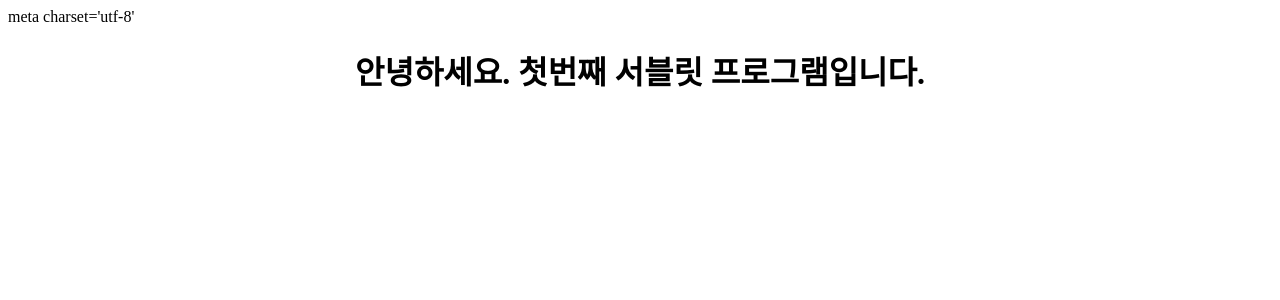
Repository: kdh4357065/3_highjava
Page: http://localhost/webTest/servletTest01.do
An editor plug-in stored every save of this project. The page is shown before and after the next save, followed by the edit.
The browser window is 1280 px wide. The pictures show the whole page.
The page is served by Tomcat 9. Other server files are loaded and not shown.

Above is the page before, as saved 2023-03-27 02:54:38.

### WorkSpace/webTest/src/main/java/kr/or/ddit/basic/ServletTest01.java
package kr.or.ddit.basic;

import java.io.IOException;
import java.io.PrintWriter;

import javax.servlet.ServletException;
import javax.servlet.http.HttpServlet;
import javax.servlet.http.HttpServletRequest;
import javax.servlet.http.HttpServletResponse;

/*
 	서블릿 ==> 컨테이너(서브릿 엔진)에 의해 관리되는 자바 기반 웹 컴포넌트로서 동적인
 			 웹 컨텐츠 생성을 가능하게 해 준다.
*/

//이 예제 배포 서술자(web.xml)을 이용해서 실행할 Servlet을 설정하여 처리하는 예제이다.

public class ServletTest01 extends HttpServlet {

	//이 곳에서는 대부분 service()메서드 또는 doGet()메서드나 doPost()메서드를
	//재정의해서 작성한다.

	/*
		정체 주소 : http://localhost:8080/webTest/servletTest01.do
		- http : 프로토콜
		- localhost : 컴푸터이름(도메인명) 또는 IP주소
		- 8080 : PORT번호(포트번호가 80번일 경우에는 생략 가능)
		- /webTest : 컨텍스트 패스 (보통 프로젝트 이름으로 지정한다.)
		- servletTest01.do ==> 서블릿 요청 URL패턴


	*/

	//doGet()메서드난 doPost()메서드는 service()메서드를 통해서 호출된다.
	//HttpServletRequest객체 ==> 서비스 요청에 관련된 정보 및 메서드를 관리하는 객체
	//HttpServletResponse객체 ==> 서비스 응답에ㅐ 관련된 정보 및 메서드를 관리하는 객체

	//doGet()메서드 ==> GET방식의 요청을 처리하는 메서드
	@Override
	protected void doGet(HttpServletRequest reqest, HttpServletResponse response) throws ServletException, IOException {
		response.setCharacterEncoding("utf-8"); //응답 문서의 인코딩 방식 설정하기
		response.setContentType("text/html; charset=utf-8"); //응답 문서의 Content-Type 설정

		//처리할 내용을 응답으로 보내기 위해 PrintWriter객체를 생성한다.(response객체 이용)
		PrintWriter out = response.getWriter();

		//처리한 내용을 출력한다.
		//방법1 : append()메서드 이용하기
		out.append("<html>")
			.append("<head>")
			.append("meta charset='utf-8'<title>첫번쨰 Servlet연습</title></head>")
			.append("<body>")
			.append("<h1 style='text-align:center;'>안녕하세요. 첫번째 서블릿 프로그램입니다.</h1>")
			.append("</body></html>");

	}

	//doPost()메서드 ==> POST방식의 요청을 처리하는 메서드
	@Override
	protected void doPost(HttpServletRequest reqest, HttpServletResponse response) throws ServletException, IOException {

	}

}

After the next save:
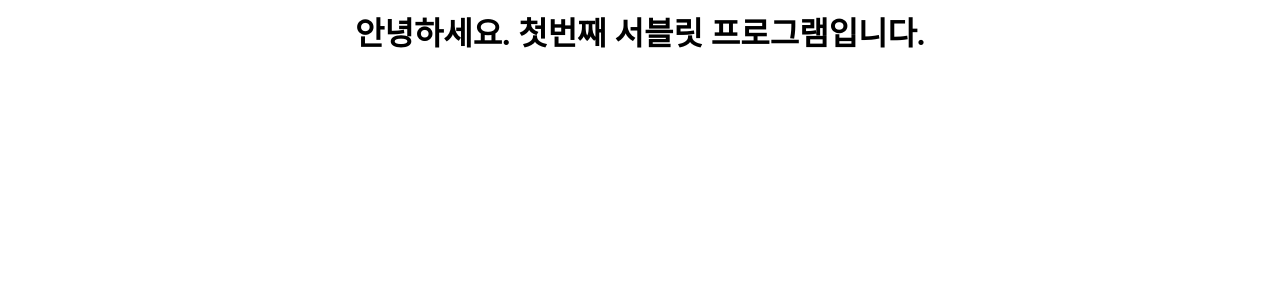
Saved 6 min 13 s later.
--- a/WorkSpace/webTest/src/main/java/kr/or/ddit/basic/ServletTest01.java
+++ b/WorkSpace/webTest/src/main/java/kr/or/ddit/basic/ServletTest01.java
@@ -48,7 +48,7 @@ public class ServletTest01 extends HttpServlet {
 		//방법1 : append()메서드 이용하기
 		out.append("<html>")
 			.append("<head>")
-			.append("meta charset='utf-8'<title>첫번쨰 Servlet연습</title></head>")
+			.append("<meta charset='utf-8'><title>첫번쨰 Servlet연습</title></head>")
 			.append("<body>")
 			.append("<h1 style='text-align:center;'>안녕하세요. 첫번째 서블릿 프로그램입니다.</h1>")
 			.append("</body></html>");
